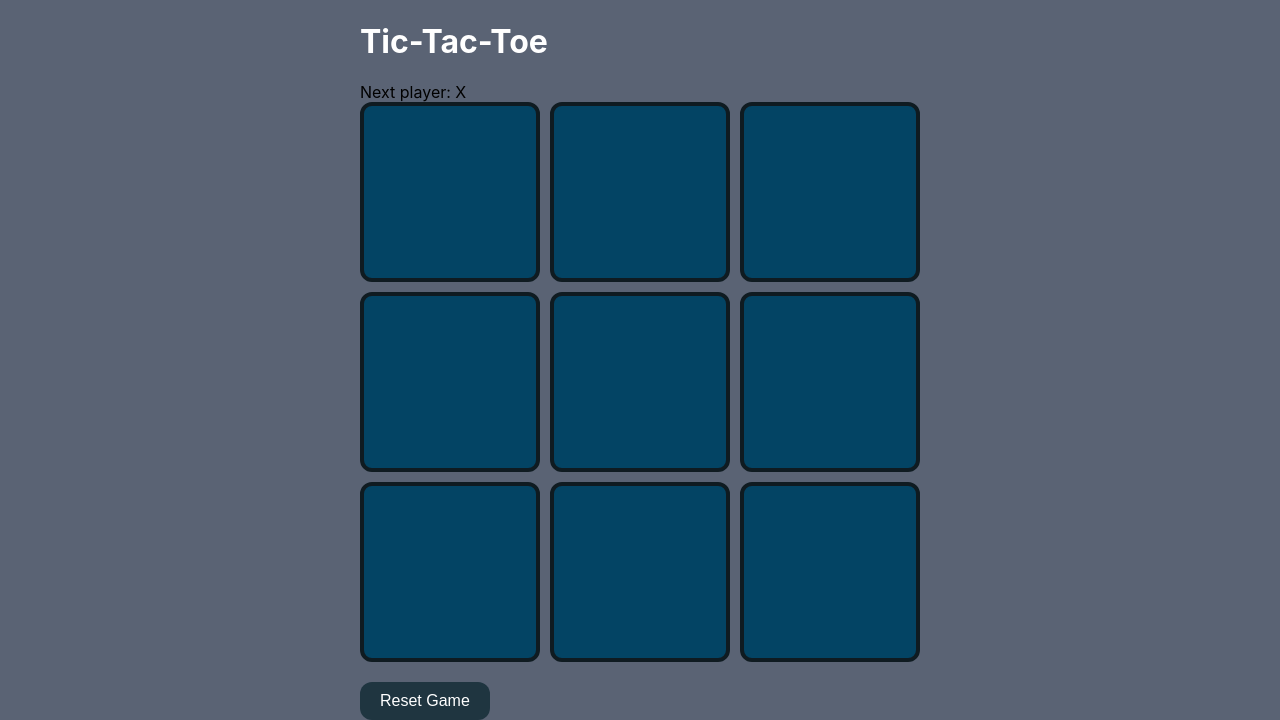
Repository: Monterro324/Tic-Tac
Page: / (app in tic-tac/)
The author's editor kept a copy of each file at every save. The page is drawn from the files as they stood at one save, then again after the next save.
The browser window is 1280 px wide. The pictures show the whole page.
The project was rebuilt for these pictures with package versions that can differ from the ones it lists, and the page was loaded fresh each time.

Above is the page before, as saved 2024-05-04 22:11:30.

### tic-tac/src/App.js
import { useState } from 'react';
import './App.css';
import Square from './Components/Square'; //Importing Square.js from Components


//Did not modify
export default function Board() {
  const [xIsNext, setXIsNext] = useState(true);
  const [squares, setSquares] = useState(Array(9).fill(null));

  function handleClick(i) {
    if (calculateWinner(squares) || squares[i]) {
      return;
    }
    const nextSquares = squares.slice();
    if (xIsNext) {
      nextSquares[i] = 'X';
    } else {
      nextSquares[i] = 'O';
    }
    setSquares(nextSquares);
    setXIsNext(!xIsNext);
  }

  //Basic reset button after winner is declare
  function resetGame() {
    setSquares(Array(9).fill(null)); // Resets all squares
    setXIsNext(true); // Resets the turn to the first player
  }

  const winner = calculateWinner(squares);
  let status;
  if (winner) {
    status = 'Winner: ' + winner;
  } else {
    status = 'Next player: ' + (xIsNext ? 'X' : 'O');
  }

  return (
    <>
       <h1 className="game-title">Tic-Tac-Toe</h1> {/* Title for the game */}
      <div className="status">{status}</div>

      <div className="board">
        {squares.map((square, index) => (
          <Square key={index} value={square} onSquareClick={() => handleClick(index)} />
        ))}
      </div>
      <button className='reset-button' onClick={resetGame}>Reset Game</button>
    </>
  );
}

function calculateWinner(squares) {
  const lines = [
    [0, 1, 2],
    [3, 4, 5],
    [6, 7, 8],
    [0, 3, 6],
    [1, 4, 7],
    [2, 5, 8],
    [0, 4, 8],
    [2, 4, 6],
  ];
  for (let i = 0; i < lines.length; i++) {
    const [a, b, c] = lines[i];
    if (squares[a] && squares[a] === squares[b] && squares[a] === squares[c]) {
      return squares[a];
    }
  }
  return null;
}

### tic-tac/src/App.css
body, html {
  height: 100%;
  margin: 0;
  display: flex;
  flex-direction: column;
  justify-content: center;
  align-items: center;
  background-color: rgb(90, 99, 116);
}

.board {
  display: grid;
  grid-template-columns: repeat(3, 180px);
  grid-gap: 10px;
  justify-content: center;
}

.square {
  display: flex;
  align-items: center;
  justify-content: center;
  height: 180px;
  width: 180px;
  background: #034464;
  border: 4px solid #0f1b21;
  border-radius: 12px;
  cursor: pointer;
}

.reset-button {
  padding: 15px 30px;
  font-size: 18px;
  color: white;
  margin-top: 20px;
  padding: 10px 20px;
  font-size: 16px;
  color: white;
  background-color: #1f3540;
  border: none;
  border-radius: 12px;
  cursor: pointer;
  outline: none;
}

.game-title {
  color: #ffffff;
  font-size: 32px; // Large size for visibility
  margin: 20px 0; // Adds space around the title
  text-align: center;
}

### tic-tac/src/Components/Square.js
import React from 'react';
import xImage from '../Components/Assets/mark-x.png';  // Update path to where your images are stored
import oImage from '../Components/Assets/mark-o.png';  // Update path to where your images are stored
//Put the iamges in Componets under "Assets" to use for the OnClick when the player selects the square the choose to pick

function Square({ value, onSquareClick }) {
  const getImageUrl = (value) => {

    if (value === 'X') return xImage;   //Player X
    if (value === 'O') return oImage;   //Player O
    return null;
  };

  return (
    <button className="square" onClick={onSquareClick}>
      {value && <img src={getImageUrl(value)} alt={value} style={{ maxWidth: '100%', maxHeight: '100%' }} />}
    </button>
  );
}

export default Square

Loaded but not shown: tic-tac/public/index.html (common file); tic-tac/src/index.js (common file); tic-tac/src/index.css (common file); tic-tac/src/reportWebVitals.js (common file)

After the next save:
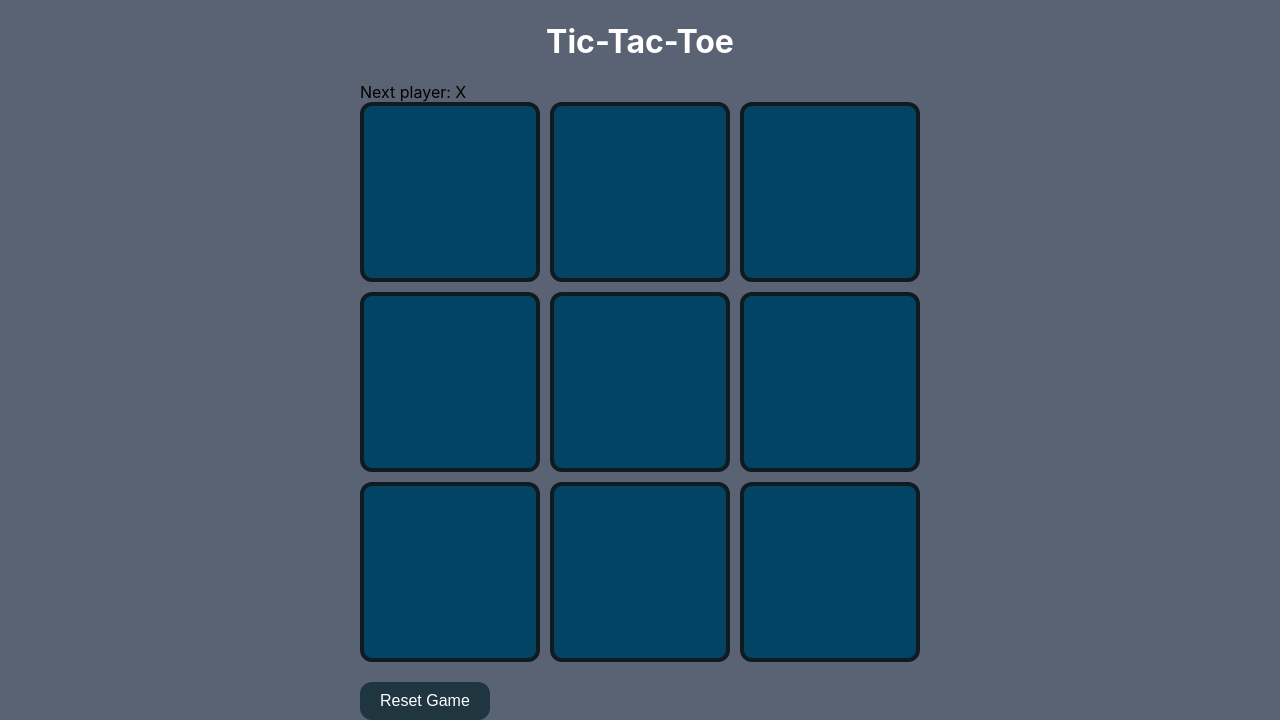
Saved 4 s later.
--- a/tic-tac/src/App.css
+++ b/tic-tac/src/App.css
@@ -45,6 +45,6 @@ body, html {
 .game-title {
   color: #ffffff;
   font-size: 32px; // Large size for visibility
-  margin: 20px 0; // Adds space around the title
+  margin: 20px 0;
   text-align: center;
 }
